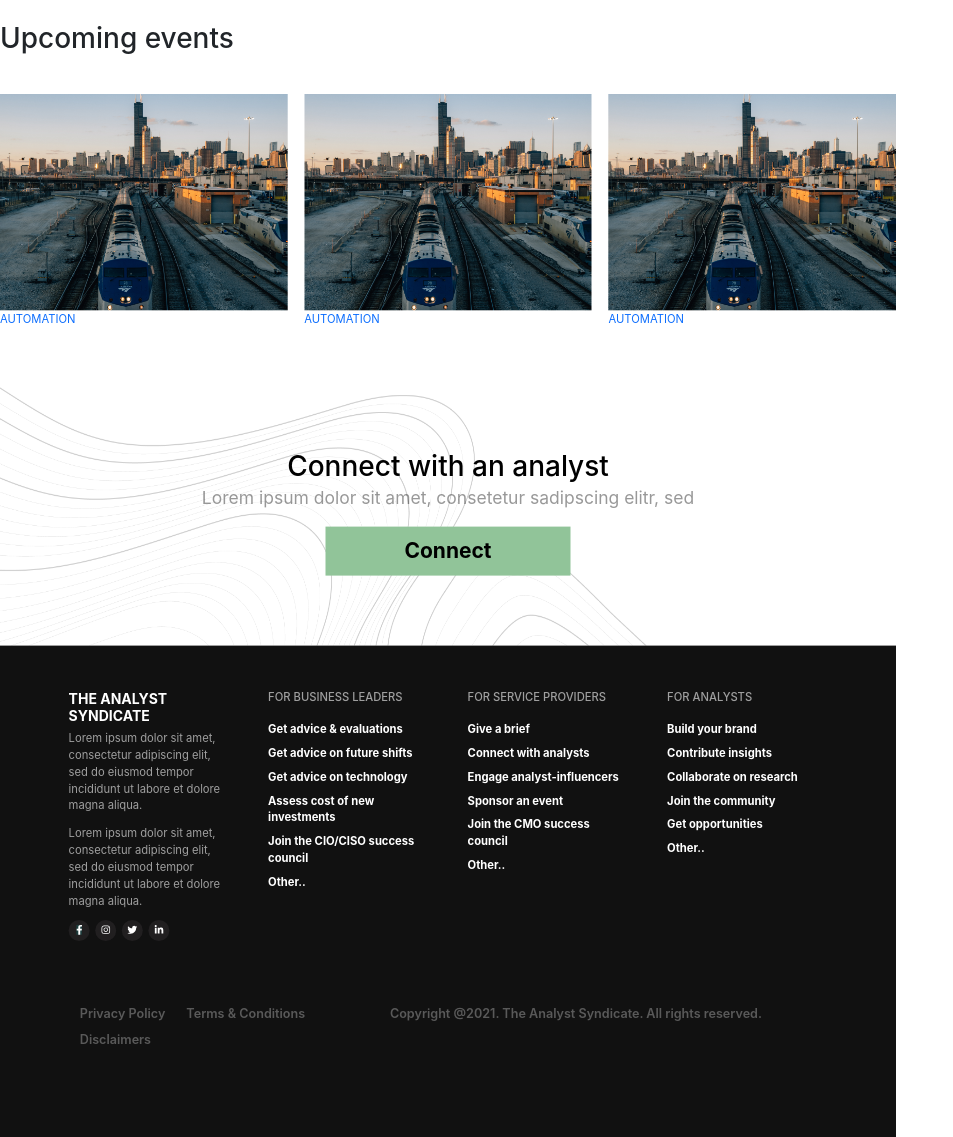
Repository: arif286/Business-webpage
Page: /
The author's editor kept a copy of each file at every save. The page is drawn from the files as they stood at one save, then again after the next save.
The browser window is 1280 px wide. The page is 1361 px wide, so the pictures cover 1361 px, including what lies to the right of the window. The pictures show the part of the page from y = 2826 to 4586 px (the page is 4450 px tall before and 4586 px after), at 70% of full size.
The project was rebuilt for these pictures with package versions that can differ from the ones it lists, and the page was loaded fresh each time. Also part of the build but not shown: src/components/MainHeader/MainHeader.css, src/components/NotFound/NotFound.js.

Above is the page before, as saved 2021-05-28 00:04:16.

### src/App.js
import "bootstrap/dist/css/bootstrap.min.css";
import { BrowserRouter as Router, Route, Switch } from "react-router-dom";
import Home from "./components/Home/Home";
import NotFound from "./components/NotFound/NotFound";
function App() {
  return (
    <Router>
      <Switch>
        <Route path="/">
          <Home />
        </Route>
        <Route exact path="/">
          <Home />
        </Route>
        <Route path="*">
          <NotFound />
        </Route>
      </Switch>
    </Router>
  );
}

export default App;

### src/components/Home/Home.js
import React from 'react';
import Blog from '../Blog/Blog';
import Community from '../Community/Community';
import Contact from '../Contact/Contact';
import Events from '../Events/Events';
import Featured from '../Featured/Featured';
import Footer from '../Footer/Footer';
import MainHeader from '../MainHeader/MainHeader';
import Testimonial from '../Testimonial/Testimonial';
import TopHeader from '../TopHeader/TopHeader';

const Home = () => {
    return (
        <>
            <TopHeader />
            <MainHeader />
            <Community />
            <Testimonial />
            <Blog />
            <Featured />
            <Events/>
            <Contact />
            <Footer/>
        </>
    );
};

export default Home;

### src/components/Community/Community.js
import React from 'react';
import { Col, Row } from 'react-bootstrap';
import './Community.css';

const Community = () => {
    return (
      <div className='px-5'>
        <h2 className="engage-title">Engage with our community</h2>
        <Row>
          <Col md={12} lg={4} className="pb-4">
            <div className="engage-text engage-1">
              <p>Connect & Network with our community of thought leaders</p>
            </div>
          </Col>
          <Col md={12} lg={4} className="pb-4">
            <div className="engage-text engage-2">
              <p>Connect & Network with our community of thought leaders</p>
            </div>
          </Col>
          <Col md={12} lg={4} className="pb-4">
            <div className="engage-text engage-2">
              <p>Connect & Network with our community of thought leaders</p>
            </div>
          </Col>
        </Row>
      </div>
    );
};

export default Community;

### src/components/Contact/Contact.js
import React from 'react';
import './Contact.css';

const Contact = () => {
    return (
      <div className="connect-area">
        <div className="connect-wrap">
          <h3>Connect with an analyst</h3>
          <p>Lorem ipsum dolor sit amet, consetetur sadipscing elitr, sed</p>
          <a href="http">Connect</a>
        </div>
      </div>
    );
};

export default Contact;

### src/components/Events/Events.js
import React from "react";
import { Row } from "react-bootstrap";
import eventImage from '../../Images/event-1.png';
import EventCol from "./EventCol";

const eventData = [
  {
    text: "24 November, 2020",
        time: "9th JUN",
    eventImage,
  },
  {
    text: "24 November, 2020",
      time: "9th JUN",
    eventImage,
  },
  {
    text: "24 November, 2020",
      time: "9th JUN",
    eventImage,
  },
];
const Events = () => {
  return (
    <div>
      <Row className="mt-5 mb-5">
        <h1>Upcoming events</h1>
      </Row>
      <Row>
        {eventData.map((data) => (
          <EventCol data={data} />
        ))}
      </Row>
    </div>
  );
};

export default Events;

### src/components/Featured/Featured.js
import React from "react";
import { Col, Row } from "react-bootstrap";
import sideBanner from "../../Images/f1.png";
import featuredImage from "../../Images/f3.png";
import FeaturedColumn from "./FeaturedColumn";

const FeaturedData = [
  {
    image: featuredImage,
    text: "Lorem ipsum dolor sit amet, consetetur sadipscing elitr,",
  },
  {
    image: featuredImage,
    text: "Lorem ipsum dolor sit amet, consetetur sadipscing elitr,",
  },
  {
    image: featuredImage,
    text: "Lorem ipsum dolor sit amet, consetetur sadipscing elitr,",
  },
  {
    image: featuredImage,
    text: "Lorem ipsum dolor sit amet, consetetur sadipscing elitr,",
  },

];
const Featured = () => {
  return (
    <div className="px-5">
      <h1 className='text-center mt-md-3 mb-4'>Featured insights</h1>
      <Row className='align-items-center'>
        <Col sm={12} lg={4}>
          {FeaturedData.map((item) => (
            <FeaturedColumn card={item} />
          ))}
        </Col>
        <Col sm={12} lg={8}>
          <img className='w-100' src={sideBanner} alt="" />
        </Col>
      </Row>
    </div>
  );
};

export default Featured;

### src/components/MainHeader/MainHeader.js
import { faBars } from '@fortawesome/free-solid-svg-icons';
import { FontAwesomeIcon } from "@fortawesome/react-fontawesome";
import React from 'react';
import { Nav, Navbar } from 'react-bootstrap';
import './MainHeader.css';
const MainHeader = () => {
    const Bars = <FontAwesomeIcon icon={faBars} />;
    return (
      <div className="container-fluid">
        <Navbar className="px-5" expand="md">
          <Navbar.Brand href="#home">{Bars}</Navbar.Brand>
          <Navbar.Toggle aria-controls="basic-navbar-nav" />
          <Navbar.Collapse id="basic-navbar-nav">
            <Nav className="mr-auto">
              <Nav.Link href="#home">Home</Nav.Link>
              <Nav.Link href="#link">Insights</Nav.Link>
              {/* <NavDropdown title="Dropdown" id="basic-nav-dropdown">
                <NavDropdown.Item href="#action/3.1">Action</NavDropdown.Item>
                <NavDropdown.Item href="#action/3.2">
                  Another action
                </NavDropdown.Item>
                <NavDropdown.Item href="#action/3.3">
                  Something
                </NavDropdown.Item>
                <NavDropdown.Divider />
                <NavDropdown.Item href="#action/3.4">
                  Separated link
                </NavDropdown.Item>
              </NavDropdown> */}
              <Nav.Link href="#link">Services</Nav.Link>
              <Nav.Link href="#link">Community</Nav.Link>
              <Nav.Link href="#link">Events</Nav.Link>
              <Nav.Link href="#link">About US</Nav.Link>
            </Nav>
          </Navbar.Collapse>
        </Navbar>
      </div>
    );
};

export default MainHeader;

### src/components/TopHeader/TopHeader.js
import { faFacebook, faInstagram, faLinkedin, faTwitter } from '@fortawesome/free-brands-svg-icons';
import { FontAwesomeIcon } from "@fortawesome/react-fontawesome";
import React from 'react';
import { Col, Row } from 'react-bootstrap';
import './TopHeader.css';

const TopHeader = () => {
    const Facebook = <FontAwesomeIcon icon={faFacebook} />;
    const Twitter = <FontAwesomeIcon icon={faTwitter} />;
    const Instagram = <FontAwesomeIcon icon={faInstagram} />;
    const LinkedIn = <FontAwesomeIcon icon={faLinkedin} />;
    return (
      <div className="header-top">
        <div className="container-fluid">
          <Row>
            <Col lg={12}>
              <div className="d-flex align-items-center justify-content-between">
                <div className="header-top-icon">
                  <a href="#h">{Facebook}</a>
                  <a href="#h">{Instagram}</a>
                  <a href="#h">{Twitter}</a>
                  <a href="#h">{LinkedIn}</a>
                </div>
                <div className='header-top-text'>
                  <p>The Analyst syndicate</p>
                </div>
                <div className="header-top-btn">
                  <a href='#l'>Let's Talk</a>
                </div>
              </div>
            </Col>
          </Row>
        </div>
      </div>
    );
};

export default TopHeader;

### src/components/Blog/Blog.css
.event-area {
  height: 900px;
  padding-bottom: 0;
  background: #fff;
}
.single-top p {
  font-size: 20px;
  color: #000;
  opacity: 0.5;
  line-height: 40px;
  margin-bottom: 10px;
}
.blog-img {
  position: relative;
}
.blog-img img {
  transition: 0.6s;
}
.ig-btn {
  width: 165px;
  height: 43px;
  background: #00a6fb;
  display: flex;
  align-items: center;
  justify-content: center;
  color: #fff;
  font-size: 17px;
  font-weight: 700;
  position: absolute;
  top: 30px;
  left: 20px;
  border: 2px solid transparent;
  transition: 0.3s;
}
.blog-wrap {
  position: relative;
}
.event-content-wrap.new-wrap {
  bottom: -327px;
}
.event-content-wrap {
  background: #fff;
  padding: 30px 40px;
  width: 508px;
  position: absolute;
  bottom: -137px;
}
.new-box-wrap h4 {
  font-size: 32px;
  color: #000000;
  line-height: 40px;
  font-weight: 700;
}
.new-box-wrap p {
  font-size: 20px;
  line-height: 40px;
  color: #000000;
  margin-bottom: 20px;
}
.new-box-wrap a {
  font-size: 28px;
  color: #000;
  text-decoration: underline;
}
@media (min-width: 1440px) and (max-width: 1800px) {
  .event-content-wrap {
    background: #fff;
    padding: 30px 40px;
    width: 424px;
    position: absolute;
    bottom: -137px;
  }
  .new-box-wrap h4 {
    font-size: 23px;
    line-height: 28px;
  }
  .new-box-wrap p {
    font-size: 18px;
    line-height: 32px;
    margin-bottom: 20px;
  }
  .new-box-wrap a {
    font-size: 21px;
  }
  .event-area {
    height: 800px;
  }
}

@media (min-width: 992px) and (max-width: 1200px) {
  .event-content-wrap.new-wrap {
    bottom: -223px;
    position: unset;
    bottom: 0;
    margin-top: -78px;
    position: relative;
  }
  .event-content-wrap {
    padding: 20px 20px;
    width: 268px;
    bottom: -137px;
  }
  .new-box-wrap h4 {
    font-size: 19px;
    line-height: 26px;
  }
  .new-box-wrap p {
    font-size: 18px;
    line-height: 25px;
    margin-bottom: 12px;
  }
  .new-box-wrap a {
    font-size: 20px;
  }
  .event-area {
    height: auto;
  }
}
@media (min-width: 1200px) and (max-width: 1400px) {
  .event-area {
    height: 720px;
  }
}

@media (min-width: 768px) and (max-width: 991px) {
  .event-content-wrap {
    padding: 20px 20px;
    width: 460px;
    bottom: -137px;
    position: relative;
    bottom: 0;
    margin-top: -55px;
  }
  .event-content-wrap.new-wrap {
    bottom: -223px;
    position: unset;
    bottom: 0;
    margin-top: -78px;
    position: relative;
  }
  .new-box-wrap h4 {
    font-size: 20px;
    line-height: 26px;
  }
  .new-box-wrap p {
    font-size: 18px;
    line-height: 25px;
    margin-bottom: 12px;
  }
  .event-area {
    height: auto;
  }
}
@media only screen and (min-width: 320px) and (max-width: 767px) {
  .single-top p {
    font-size: 18px;
    line-height: 25px;
    margin-bottom: 8px;
  }
  .event-content-wrap {
    padding: 20px 20px;
    width: 300px;
    bottom: -137px;
    position: relative;
    bottom: 0;
    margin-top: -55px;
  }
  .event-content-wrap.new-wrap {
    bottom: -223px;
    position: unset;
    bottom: 0;
    margin-top: -78px;
    position: relative;
  }
  .new-box-wrap h4 {
    font-size: 20px;
    line-height: 26px;
  }
  .new-box-wrap p {
    font-size: 18px;
    line-height: 25px;
    margin-bottom: 12px;
  }
  .event-area {
    height: auto;
  }
}

### src/components/Community/Community.css
.engage-1 {
  background-image: url(../../Images/e1.png);
}
.engage-2 {
  background-image: url(../../Images/e2.png);
}
.engage-3 {
  background-image: url(../../Images/e3.png);
}
.engage-text {
  height: 560px;
  background-size: 100% 100%;
  background-position: center center;
  padding-left: 50px;
  padding-bottom: 50px;
  display: flex;
  align-items: flex-end;
}
.engage-text p {
  margin: 0;
  color: #fff;
  font-size: 32px;
  font-weight: 700;
  line-height: 44px;
  max-width: 400px;
}
.engage-title {
  text-align: center;
  font-weight: 900;
  text-transform: uppercase;
  font-size: 35px;
  margin-top: 50px;
  margin-bottom: 50px;
}
@media (min-width: 768px) and (max-width: 991px) {
  .engage-text p {
    margin: 0;
    font-size: 20px;
    line-height: 25px;
  }
  .engage-title {
    text-align: center;
    font-weight: 900;
    text-transform: uppercase;
    font-size: 25px;
  }
}

### src/components/Contact/Contact.css
.connect-area {
  background-image: url(../../Images/conect-bg.png);
  padding-top: 170px;
  padding-bottom: 100px;
  background-size: 100% 100%;
  background-position: center;
}
.connect-wrap {
  text-align: center;
}
.connect-wrap h3 {
  font-size: 52px;
  color: #000;
  line-height: 104px;
  margin: 0;
}
.connect-wrap p {
  font-size: 30px;
  color: #000;
  opacity: 0.4;
  margin-bottom: 60px;
}
.connect-wrap a {
  width: 402px;
  height: 98px;
  background: #91c499;
  display: flex;
  align-items: center;
  justify-content: center;
  color: #000;
  border: 2px solid transparent;
  transition: 0.3s;
  font-size: 38px;
  font-weight: 700;
  margin: auto;
}

@media only screen and (min-width: 320px) and (max-width: 767px) {
  .connect-area {
    padding-top: 40px;
    padding-bottom: 40px;
  }
}
@media (min-width: 768px) and (max-width: 991px) {
  .connect-area {
    padding-top: 80px;
    padding-bottom: 80px;
  }
  .connect-wrap h3 {
    font-size: 30px;
    line-height: 46px;
    margin: 0;
  }
  .connect-wrap p {
    font-size: 25px;
    margin-bottom: 22px;
  }
  .connect-wrap a {
    width: 320px;
    height: 60px;
    font-size: 24px;
  }
}
@media (min-width: 992px) and (max-width: 1200px) {
  .connect-area {
    padding-top: 80px;
    padding-bottom: 80px;
  }
  .connect-wrap h3 {
    font-size: 30px;
    line-height: 46px;
    margin: 0;
  }
  .connect-wrap p {
    font-size: 25px;
    margin-bottom: 22px;
  }
  .connect-wrap a {
    width: 320px;
    height: 60px;
    font-size: 24px;
  }
}
@media (min-width: 1200px) and (max-width: 1439px) {
  .connect-wrap a {
    width: 350px;
    height: 70px;
    font-size: 30px;
  }
  .connect-wrap h3 {
    font-size: 40px;
    line-height: 55px;
    margin: 0;
  }
  .connect-wrap p {
    font-size: 25px;
    margin-bottom: 22px;
  }
}
@media (min-width: 1440px) and (max-width: 1800px) {
  .connect-area {
    padding-top: 100px;
    padding-bottom: 100px;
  }
  .connect-wrap h3 {
    font-size: 29px;
    line-height: 61px;
  }
  .connect-wrap p {
    font-size: 26px;
    color: #000;
    opacity: 0.4;
    margin-bottom: 24px;
  }
  .connect-wrap a {
    width: 338px;
    height: 67px;
    font-size: 25px;
  }
}

### src/components/Events/EventCol.js
import React from 'react';
import { Col } from 'react-bootstrap';

const EventCol = ({ data }) => {
    console.log(data);
    return (
        <Col md={12} lg={4}>
            <div className="event-img">
                <img className='w-100' src={data.eventImage} alt="" />
                <a href="http">AUTOMATION</a>
            </div>
        </Col>
    );
};

export default EventCol;

### src/components/Featured/FeaturedColumn.js
import React from 'react';
import './Featured.css';

const FeaturedColumn = ({ card }) => {
    console.log(card);
  return (
    <>
      <div className="single-featured-box">
        <img src={card.image} alt="" />
        <div className="featured-content">
          <h5>{card.text}</h5>
          <a href="http">READ INSIGHT</a>
        </div>
      </div>
    </>
  );
};

export default FeaturedColumn;

### src/components/Footer/Footer.css
.footer-area {
  background-color: #111111;
}

.footer-area li {
  padding-bottom: 10px;
}
.footer-single-widget h5 {
  /* color: #9f9f9f; */
  color: #fff;
  font-weight: 700;
}
.footer-single-widget p {
  color: #9f9f9f;
}
.side-column h6 {
  color: #9f9f9f;
}
.list-item {
  color: #fff;
  font-weight: 700;
}
.list-item:hover {
  color: #9f9f9f;
}
.social-media li a {
  width: 30px;
  height: 30px;
  background: #211f20;
  display: inline-block;
  border-radius: 34px;
  text-align: center;
  color: #fff;
  font-size: 14px;
  line-height: 29px;
}
.social-media .active-icon {
  background-color: #1d3d3d;
  color: white;
}
.icon:hover {
  background-color: #1d4d4d;
  color: white;
}
.copy-list li {
  display: inline-block;
  padding-right: 15px;
  margin-right: 15px;
  position: relative;
}
.copy-list li a {
  font-size: 18px;
  color: #fff;
  font-weight: 600;
  opacity: 0.3;
  text-decoration: none;
}
.copy-text p {
  margin: 0;
  font-size: 18px;
  color: #fff;
  font-weight: 600;
  opacity: 0.3;
}
.copy-right {
  padding-bottom: 100px;
}

### src/components/Footer/FooterCol.js
import React from "react";
import { Card } from "react-bootstrap";
import { Link } from "react-router-dom";

const FooterCol = (props) => {
  return (
    <div className="col-md-3 col-sm-6 side-column">
      <Card.Body>
        {props.menuTitle && <h6>{props.menuTitle}</h6>}

        <ul className="list-unstyled side-column mt-4">
          {props.menuItems.map((item, index) => (
            <li key={index}>
              <Link to={item.link} className="list-item">
                {item.name}
              </Link>
            </li>
          ))}
        </ul>
        {props.children && props.children}
      </Card.Body>
    </div>
  );
};

export default FooterCol;

### src/components/Testimonial/Testimonial.css
.carousel-bg {
  background-color: #111111;
}
.testi-btn a {
  width: 308px;
  height: 61px;
  color: #000;
  font-size: 28px;
  display: flex;
  align-items: center;
  justify-content: center;
  background: #91c499;
  position: absolute;
  top: 0;
  right: 0;
  border: 2px solid transparent;
  transition: 0.3s;
}
.meet-img img {
  width: 275px;
  height: 275px;
  margin-right: 35px;
  margin-left: 50px;
}
.meet-content {
  max-width: 970px;
}
.meet-content h4 {
  font-size: 39px;
  color: #fff;
  line-height: 56px;
  margin-bottom: 20px;
}
.meet-content p {
  font-size: 30px;
  color: #fff;
  line-height: 50px;
}
.meet-content a {
  color: #fff;
  font-size: 28px;
  text-decoration: underline;
  font-weight: 600;
}
@media (min-width: 992px) and (max-width: 1200px) {
  .meet-content h4 {
    font-size: 28px;
    line-height: 33px;
    margin-bottom: 6px;
  }
  .meet-content p {
    font-size: 22px;
    line-height: 29px;
    margin-bottom: 10px;
  }
  .meet-content a {
    font-size: 22px;
  }
}
@media only screen and (min-width: 320px) and (max-width: 767px) {
  .meet-content a {
    font-size: 16px;
  }
  .meet-content h4 {
    font-size: 21px;
    line-height: 26px;
    margin-bottom: 6px;
  }
  .meet-content p {
    font-size: 20px;
    line-height: 29px;
    margin-bottom: 17px;
  }
}

### src/components/TopHeader/TopHeader.css
a {
  text-decoration: none;
}
.header-top {
  padding-left: 77px;
  border-bottom: 2px solid #eeeeee;
}
.header-top-icon a {
  width: 30px;
  height: 30px;
  background: #211f20;
  display: inline-block;
  border-radius: 34px;
  text-align: center;
  color: #fff;
  font-size: 14px;
  line-height: 29px;
  margin-right: 7px;
}
.header-top-text p {
  margin: 0;
  font-size: 28px;
  color: #000000;
  font-weight: 700;
  line-height: 32px;
  text-transform: uppercase;
}
.header-top-btn a {
  width: 314px;
  height: 98px;
  background: #111111;
  border: 2px solid transparent;
  transition: 0.3s;
  display: flex;
  align-items: center;
  justify-content: space-between;
  padding-left: 74px;
  padding-right: 80px;
  font-size: 21px;
  color: #fff;
}

### src/components/Featured/Featured.css
.single-featured-box {
  display: flex;
  align-items: center;
  padding-bottom: 33px;
  margin-bottom: 33px;
  border-bottom: 2px solid #efefef;
}
.single-featured-box img {
  margin-right: 30px;
}
.featured-content h5 {
  font-size: 20px;
  line-height: 25px;
  margin-bottom: 10px;
}
.featured-content a {
  font-size: 19px;
  color: #000000;
  text-decoration: underline;
}
@media (min-width: 1200px) and (max-width: 1439px) {
  .single-featured-box {
    padding-bottom: 20px;
    margin-bottom: 20px;
  }
  .featured-content h5 {
    font-size: 20px;
    line-height: 25px;
    margin-bottom: 10px;
  }
  .featured-content a {
    font-size: 16px;
  }
}
@media (min-width: 992px) and (max-width: 1200px) {
  .single-featured-box {
    margin-top: 40px;
    display: block;
    padding-bottom: 10px;
    margin-bottom: 10px;
  }
  .featured-content h5 {
    font-size: 16px;
    line-height: 22px;
    margin-bottom: 7px;
  }
}
@media (min-width: 768px) and (max-width: 991px) {
  .single-featured-box {
    margin-top: 40px;
    display: block;
    padding-bottom: 10px;
    margin-bottom: 10px;
  }
  .featured-content h5 {
    font-size: 16px;
    line-height: 22px;
    margin-bottom: 7px;
  }
}
@media only screen and (min-width: 320px) and (max-width: 767px) {
  .single-featured-box {
    padding-bottom: 10px;
    margin-bottom: 10px;
    margin-top: 40px;
    display: block;
  }
  .featured-content h5 {
    font-size: 16px;
    line-height: 22px;
    margin-bottom: 7px;
  }
  .single-featured-box img {
    width: 100%;
    margin-right: 0px;
    /* height: 140px; */
  }
}

Loaded but not shown: public/index.html (common file); src/index.js (common file); src/index.css (common file); src/components/Footer/Footer.js (138 lines, source omitted); src/components/Blog/Blog.js (108 lines, source omitted); src/components/Testimonial/Testimonial.js (83 lines, source omitted)

After the next save:
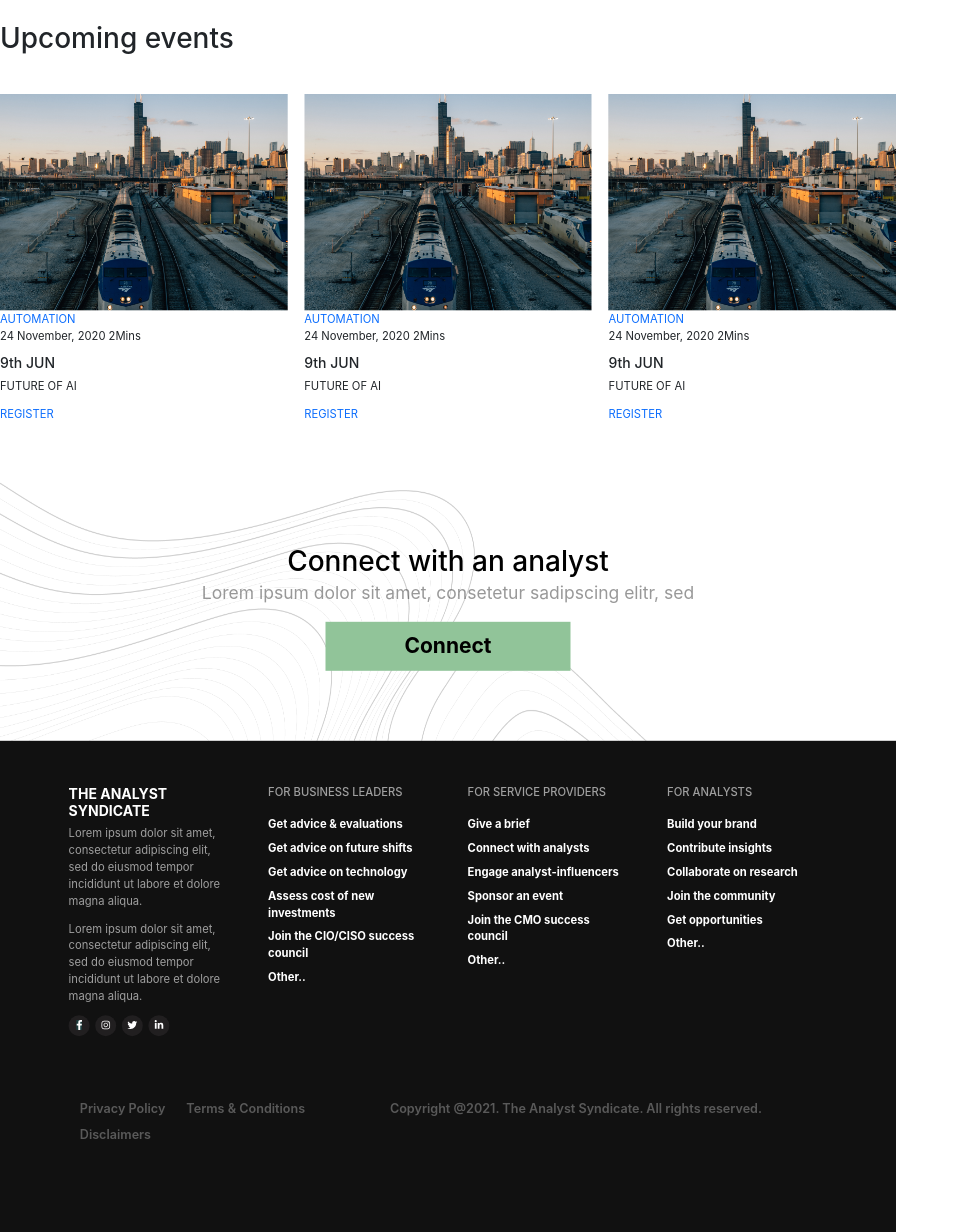
Saved 5 min 22 s later.
--- a/src/components/Events/EventCol.js
+++ b/src/components/Events/EventCol.js
@@ -9,6 +9,14 @@
                 <img className='w-100' src={data.eventImage} alt="" />
                 <a href="http">AUTOMATION</a>
             </div>
+            <div className="event-content">
+                <p>{data.text} 2Mins</p>
+                <div className="event-btm-txt">
+                    <h5>{data.time}</h5>
+                    <p>FUTURE OF AI</p>
+                </div>
+                <div className='event-btn'><a href="http">REGISTER</a></div>
+            </div>
         </Col>
     );
 };
